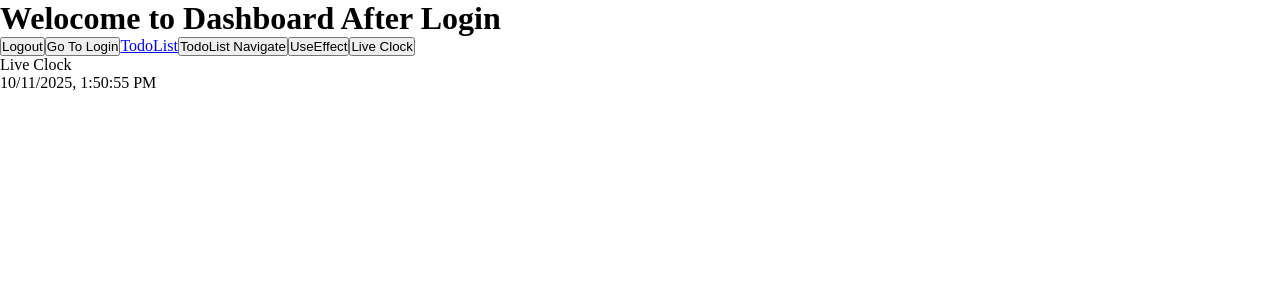
Repository: harshrathore123/ReactPractice
Page: /dashboard/live_clock (app in my-app/)
These files come from the project's save history. The page is drawn as it stood at one moment and after the next save; the edit follows.
The browser window is 1280 px wide. The pictures show the whole page.
The project was rebuilt for these pictures with package versions that can differ from the ones it lists, and the page was loaded fresh each time. Also part of the build but not shown: my-app/vite.config.js, my-app/src/component/Desctructuing.jsx, my-app/src/component/FirstName.jsx, my-app/src/component/Increment.jsx, my-app/src/component/Event.jsx, my-app/src/component/Form.jsx, my-app/src/component/Rendering.jsx, my-app/src/component/RenderingList.jsx and 5 more.

Above is the page before, as saved 2025-10-13 12:11:33.

### my-app/src/App.jsx
import './App.css';
import Destructuring from './component/Desctructuing';
import FirstName from './component/FirstName';
import Increment from './component/Increment';
import Event from './component/Event';
import Form from './component/Form';
import Rendering from './component/Rendering';
import RenderingList from './component/RenderingList';
import TodoList from './component/TodoList';
import {BrowserRouter, Routes, Route} from 'react-router-dom';
import Products from './component/Products';
import ProductDetails from './component/ProductDetails';
import Login from './component/Login';
import Dashboard from './component/Dashboard';
import UseEffect from './component/use_Effect';
import UseState_UseEffect from './component/Hooks/UseState_UseEffect';

function App() {
  return (
    <>
    {/* <FirstName name="Harsh Rathore" age="23"/>
    <Destructuring batch="mern" internship_exp="4month"/>
    <Increment/>
    <Event intro="Hi I am harsh rathore"/>
    <Form/>
    <Rendering isLoggedIn={false}/>
    <RenderingList/>

    <TodoList/> */}
  <BrowserRouter>
      <Routes>
        {/* Parent route for products */}
        <Route path="/products" element={<Products />}>
          {/* Nested route inside /products */}
          <Route path=":id" element={<ProductDetails />} />
        </Route>

        <Route path='/login' element={<Login/>}/>
        <Route path='/dashboard' element={<Dashboard/>}>
        {/* Nested another component inside dashboard */}
          <Route path='todolist' element={<TodoList/>}/>
          <Route path='useeffect' element={<UseEffect/>}/>
          <Route path='live_clock' element={<UseState_UseEffect/>}/>
        </Route>

      </Routes>
    </BrowserRouter>


    </>
  )
}

export default App

### my-app/src/component/Dashboard.jsx
import { Link,Outlet, useNavigate } from "react-router-dom"
export default function Dashboard(){
    const navigate = useNavigate();
    const gotoLogin = () =>{
        navigate('/login');
    }

    const todolistNavigate = () =>{
        navigate('/dashboard/todolist');
    }

    return(
        <>
        <h1>Welocome to Dashboard After Login</h1>

        <button onClick={()=>navigate('/login')}>Logout</button>
        <button onClick={gotoLogin}>Go To Login</button>

        <Link to="todolist">TodoList</Link>
        <button onClick={todolistNavigate}>TodoList Navigate</button>
        <button onClick={()=>navigate('/dashboard/useeffect')}>UseEffect</button>
        <button onClick={()=>navigate('/dashboard/live_clock')}>Live Clock</button>
        <Outlet/>
        </>
    )
}

### my-app/src/component/Hooks/UseState_UseEffect.jsx
import { useEffect } from "react"
import { useState } from "react"

export default function UseState_UseEffect(){
const [timer,setTimer] = useState(new Date().toLocaleString())

useEffect(()=>{
const time = setInterval(()=>{
    setTimer(new Date().toLocaleString())
},1000)

return ()=> clearInterval(time)
},[])
    return(
        <>
        <p>Live Clock</p>
        <p>{timer}</p>
        </>
    )
}

### my-app/src/component/TodoList.css
*{
    margin: 0;
    padding: 0;
    box-sizing: border-box;
}

.container{
    width: 100%;
    height: 100vh;
    background-image: url('https://encrypted-tbn0.gstatic.com/images?q=tbn:ANd9GcR6epnd0KtuwAaygjj-Ls7D5RjgwV_ijX_qUQ&s');
    background-repeat: no-repeat;
    background-size: cover;
    position:relative;
}

.todobox{
    width: 400px;
    height: auto;
    position: absolute;
    top: 100px;
    left:200px;
    background: transparent;
    border-radius: 20px;
    box-shadow: 0 0 20px black;
}

#headline{
    text-align: center;
    padding: 20px;
    color: blue;
}

#task{
    width: 350px;
    height: 38px;
    border-radius: 20px;
    border: 2px solid blue;
    position: absolute;
    left: 30px;
    top: 90px;
    padding: 20px;
    outline:none;
}

input::placeholder{
    color: black;
}

input:hover{
    outline: none;
}

.addtask{
    position: absolute;
    top:91px;
    right: 20px;
    width: 80px;
    height: 41px;
    border-radius: 20px;
    border: none;
    padding: 10px;
    background: transparent;
    outline: none;
    cursor: pointer;
    background-color: blue;
    color: white;
}

.ul_list {
  margin-top: 90px;
  list-style: none;
  padding: 30px;
}

.ul_list li {
  padding: 10px;
  background: #f4f4f4;
  margin-bottom: 8px;
  border-radius: 5px;
  display: flex;
  justify-content: space-between;
  align-items: center;
}

Loaded but not shown: my-app/index.html (common file); my-app/src/main.jsx (common file); my-app/src/App.css (common file)

After the next save:
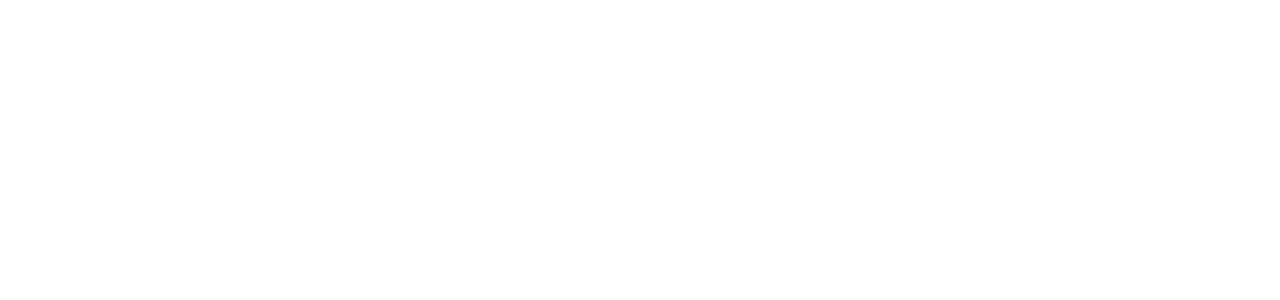
Console error: ReferenceError: clearTimerSet is not defined
Saved 19 min 39 s later.
--- a/my-app/src/component/Hooks/UseState_UseEffect.jsx
+++ b/my-app/src/component/Hooks/UseState_UseEffect.jsx
@@ -15,6 +15,7 @@
         <>
         <p>Live Clock</p>
         <p>{timer}</p>
+        <button onClick={clearTimerSet}>ClearTime</button>
         </>
     )
 }

After the save that followed:
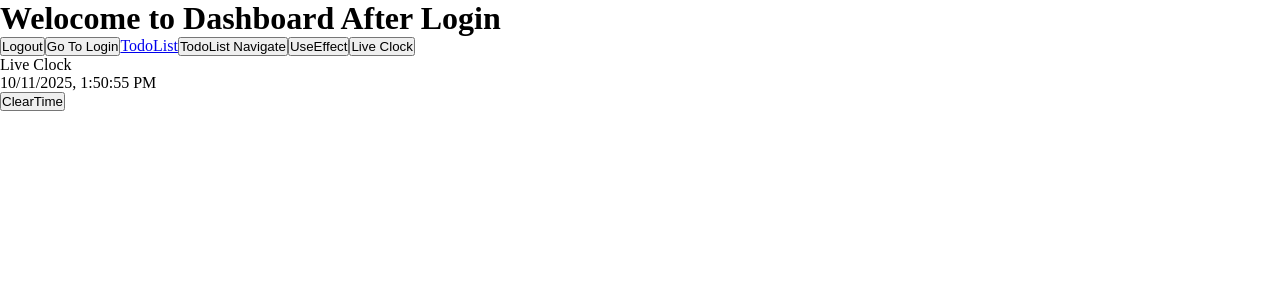
The error is gone.
Saved 11 s later.
--- a/my-app/src/component/Hooks/UseState_UseEffect.jsx
+++ b/my-app/src/component/Hooks/UseState_UseEffect.jsx
@@ -9,8 +9,11 @@
     setTimer(new Date().toLocaleString())
 },1000)
 
-return ()=> clearInterval(time)
 },[])
+
+const clearTimerSet = () =>{
+
+}
     return(
         <>
         <p>Live Clock</p>
